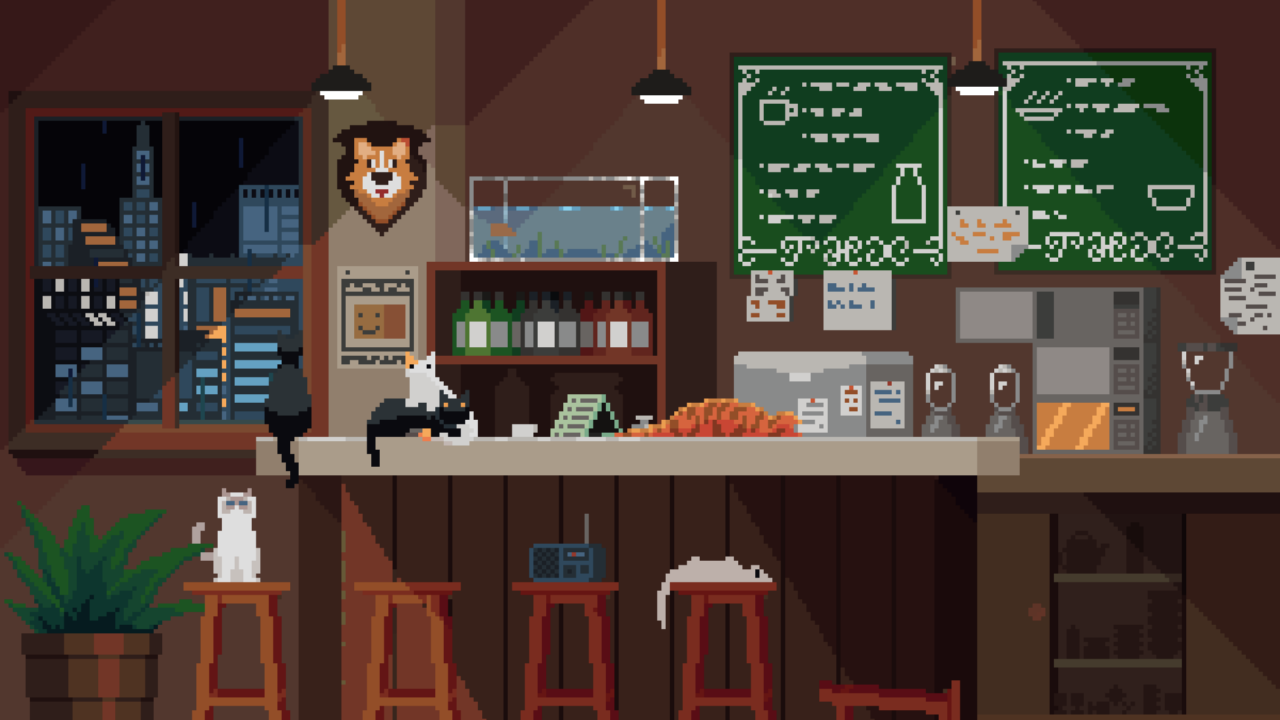
Repository: kayacancode/stixnbrix2dpixel
Page: / (app in my-app/)
An editor plug-in stored every save of this project. The page is shown before and after the next save, followed by the edit.
The browser window is 1280 px wide. The pictures show the whole page.
The project was rebuilt for these pictures with package versions that can differ from the ones it lists, and the page was loaded fresh each time. The framework's server and built-in components were replaced by stand-ins that run in the browser. Also part of the build but not shown: my-app/next.config.js, my-app/styles/globals.css.

Above is the page before, as saved 2023-03-25 17:49:52.

### my-app/pages/index.tsx
import Head from 'next/head'
import Image from 'next/image'

import FirstHalf from "../components/firsthalf";

import SecondHalf from "../components/secondhalf";

export default function Home() {
  return (
    <>
     <div className="h-screen flex items-center justify-center">
      <Image
        src="/bg.png"
        alt="background image"
        layout="fill"
        objectFit="cover"
        objectPosition="center"
      />
      <h1 className="text-white text-4xl font-bold">Title</h1>
    </div>
    </>
  )
}

Loaded but not shown: my-app/pages/_app.tsx (common file); my-app/pages/_document.tsx (common file)

After the next save:
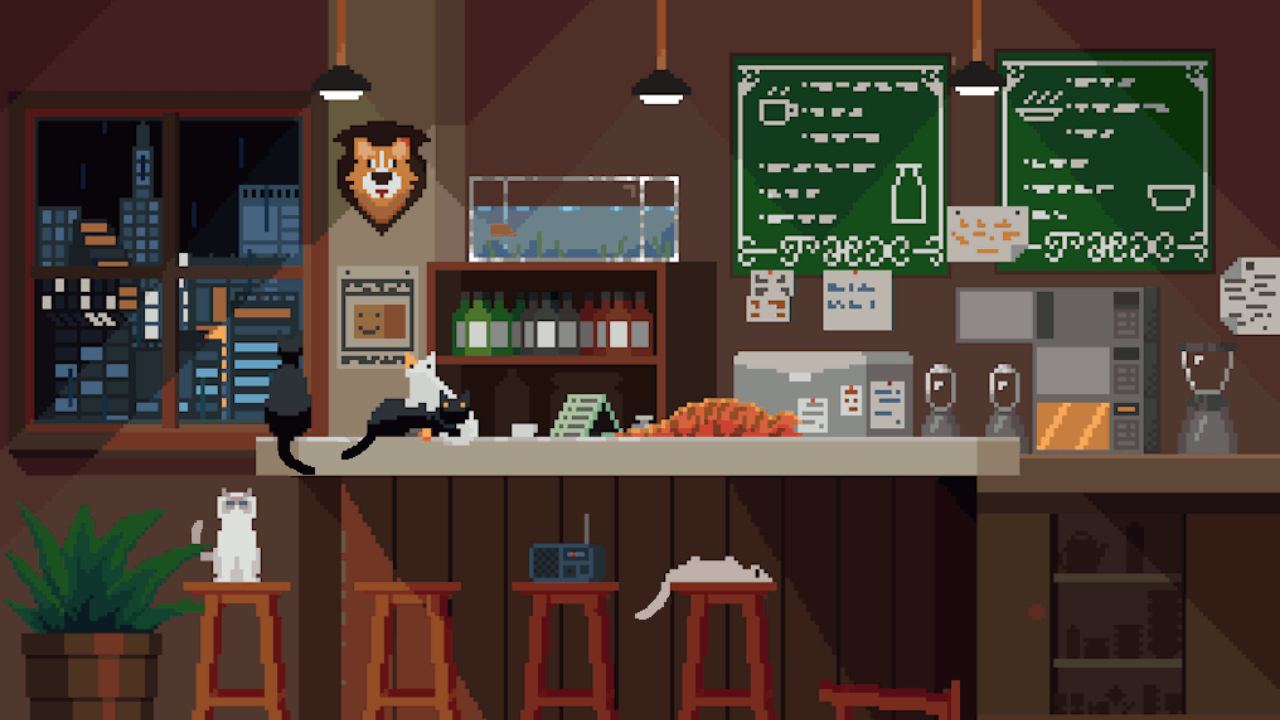
Saved 82 s later.
--- a/my-app/pages/index.tsx
+++ b/my-app/pages/index.tsx
@@ -10,8 +10,9 @@
     <>
      <div className="h-screen flex items-center justify-center">
       <Image
-        src="/bg.png"
+        src="/animated_bg.gif"
         alt="background image"
+
         layout="fill"
         objectFit="cover"
         objectPosition="center"
